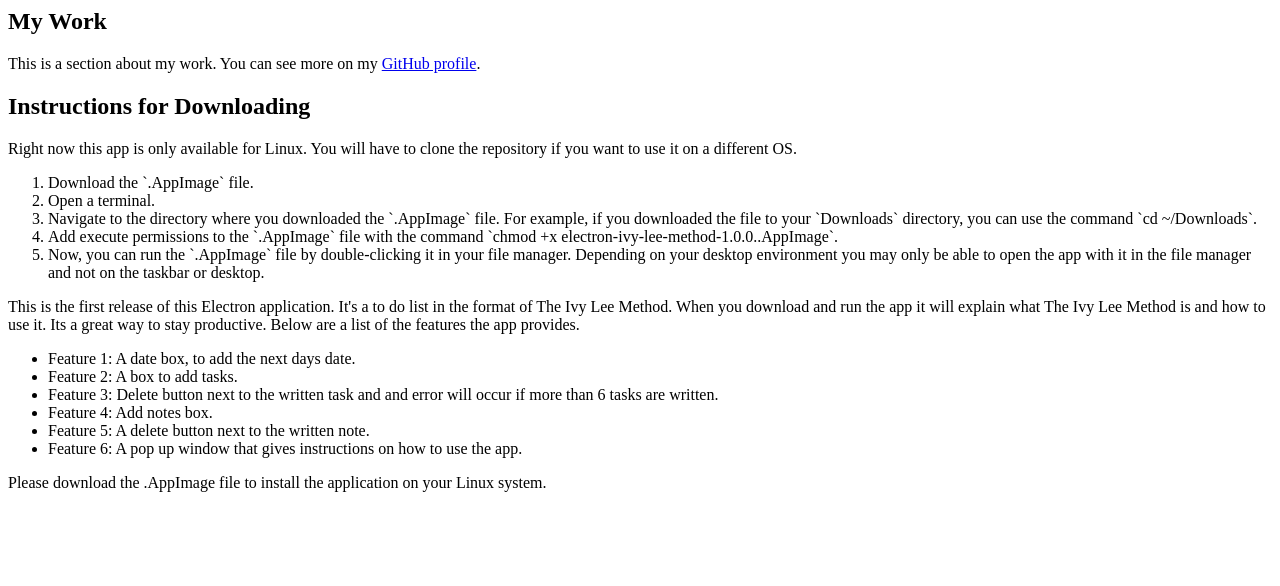
Repository: McBoatright/McBoatright.github.io
Page: my-work.html
These files come from the project's save history. The page is drawn as it stood at one moment and after the next save; the edit follows.
The browser window is 1280 px wide. The pictures show the whole page.

Above is the page before, as saved 2024-06-19 10:26:21.

After the next save:
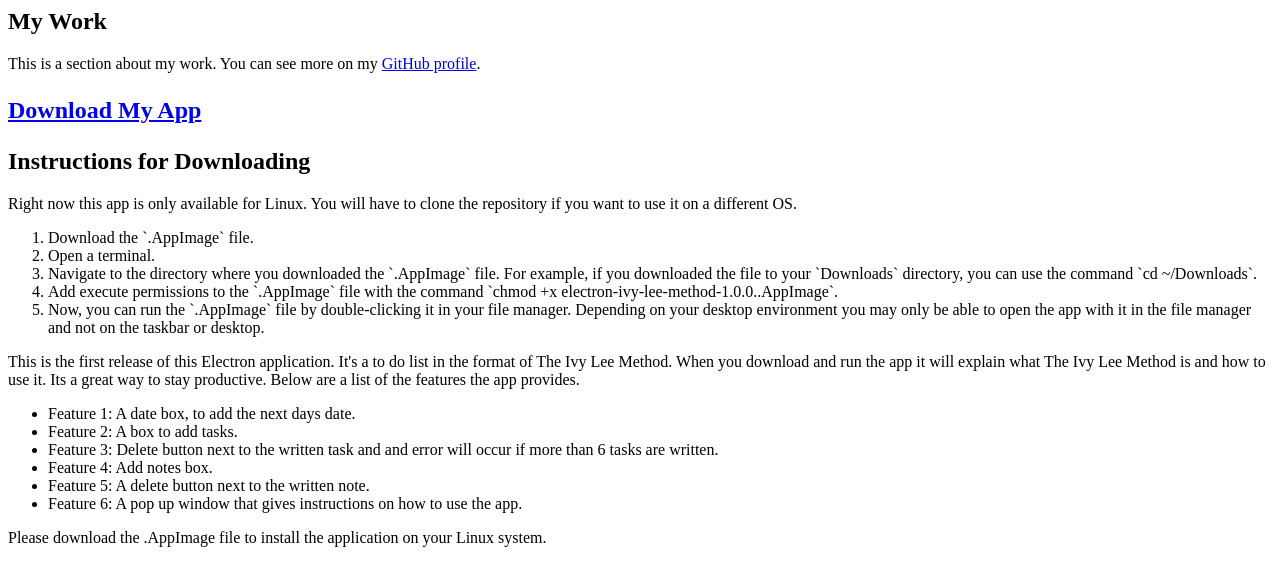
Saved 11 s later.
--- a/my-work.html
+++ b/my-work.html
@@ -4,7 +4,8 @@
 </section>
 
 <section id="download-instructions">
-    <h1></h1>
+    <h1>    <p><a href="https://github.com/McBoatright/electron-ivy-lee-method/releases" target="_blank">Download My App</a></p>
+    </h1>
     <h2>Instructions for Downloading</h2>
     <p>Right now this app is only available for Linux. You will have to clone the repository if you want to use it on a different OS.</p>
     <ol>
